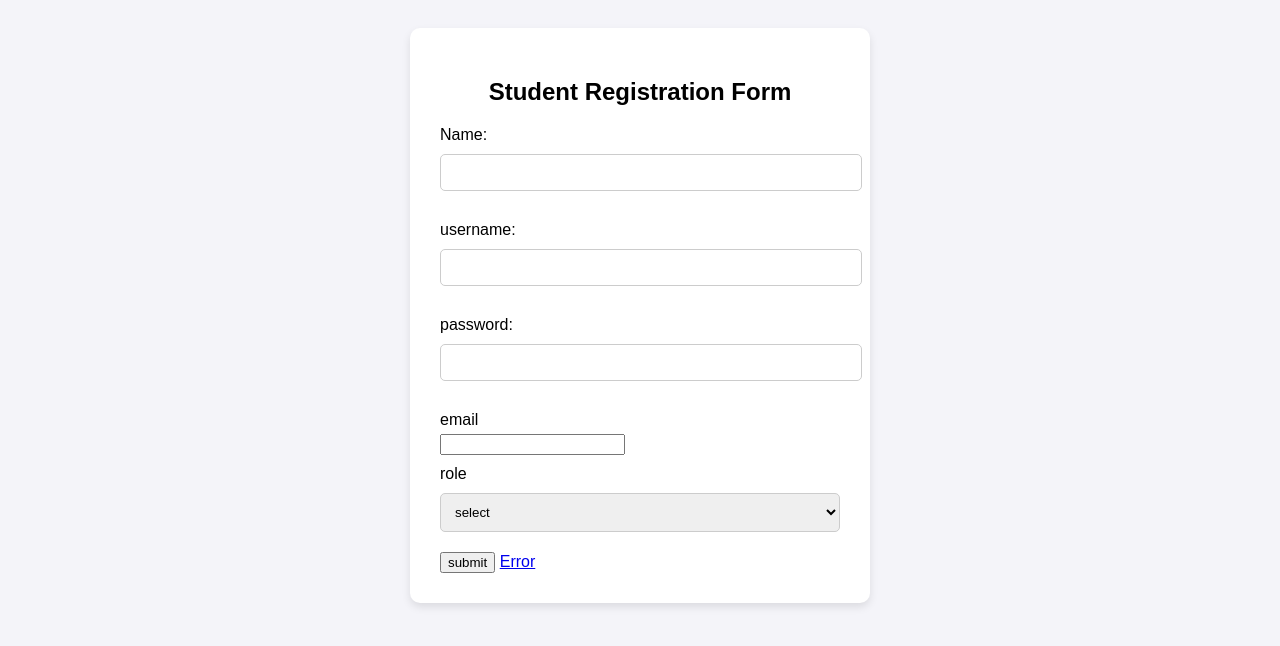
Repository: snehal-shinde151/my_repo
Page: classpro/src/main/webapp/Registration.html
An editor plug-in stored every save of this project. The page is shown before and after the next save, followed by the edit.
The browser window is 1280 px wide. The pictures show the whole page.

Above is the page before, as saved 2025-03-07 08:11:32.

After the next save:
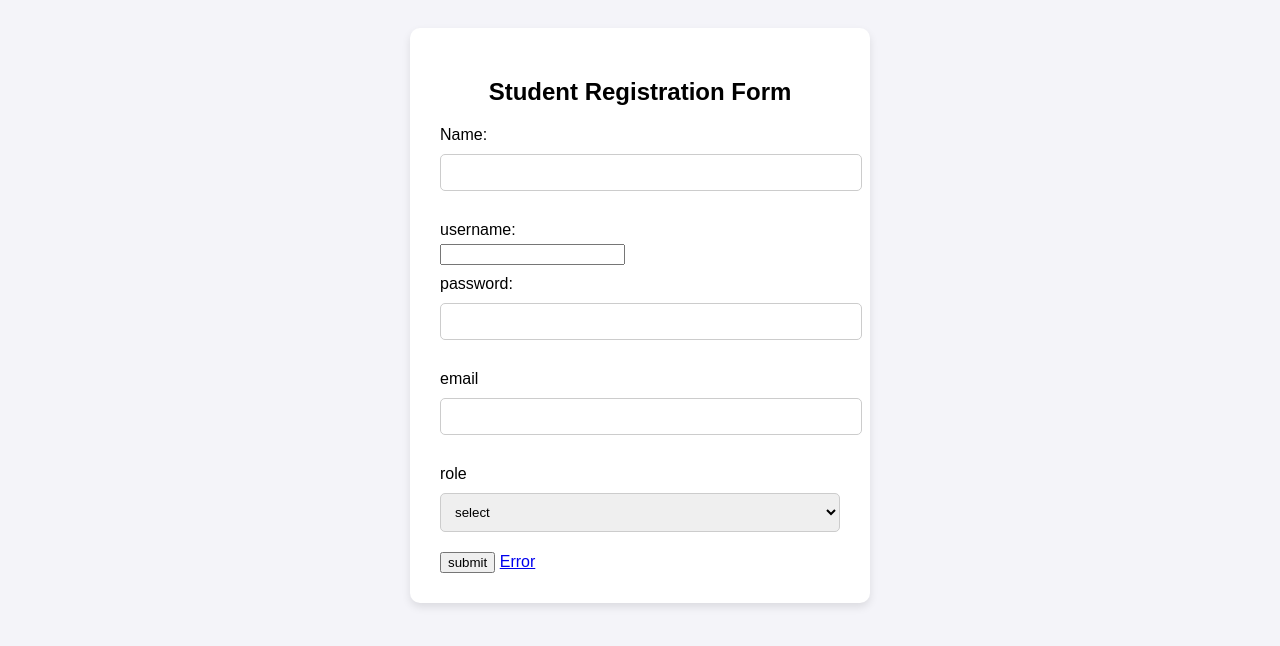
Saved 3 min 15 s later.
--- a/classpro/src/main/webapp/Registration.html
+++ b/classpro/src/main/webapp/Registration.html
@@ -65,14 +65,14 @@
             <label for="name"> Name:</label>
             <input type="text" name="name" required>
 
-            <label for="email">username:</label>
-            <input type="email" id="email" name="email" required>
+            <label for="username">username:</label>
+            <input type="username" id="username" name="username" required>
 
             <label for="phone">password:</label>
             <input type="number" id="phone" name="phone" required>
 
-            <label for="username">email</label>
-            <input type="username" id="username" name="username" required>
+            <label for="email">email</label>
+            <input type="email" id="email" name="email" required>
 
             <label for="password">role</label>
             <select name="role">
